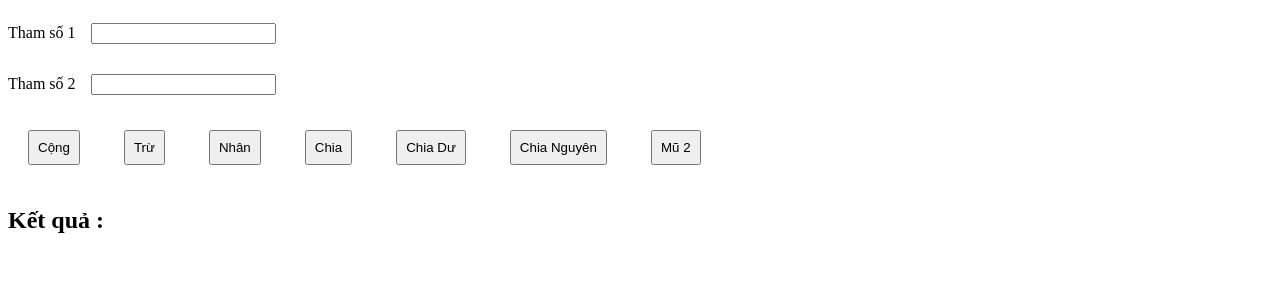
Repository: Toni3498/JsCourse
Page: number/calc.html
The author's editor kept a copy of each file at every save. The page is drawn from the files as they stood at one save, then again after the next save.
The browser window is 1280 px wide. The pictures show the whole page.

Above is the page before, as saved 2021-08-17 19:40:18.

After the next save:
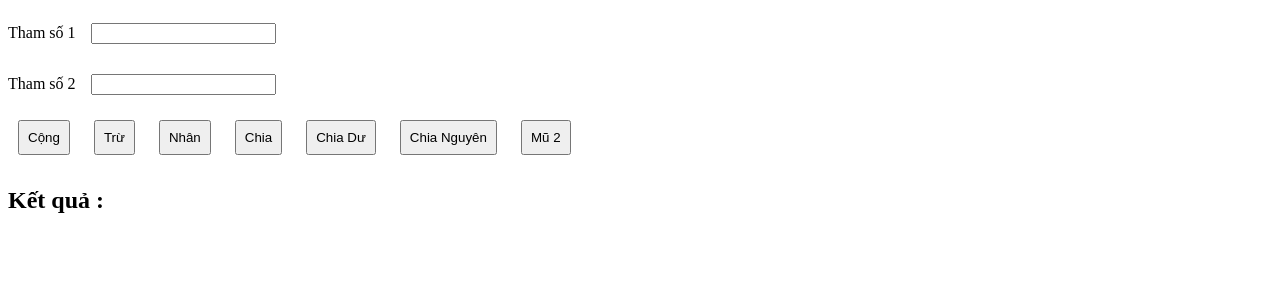
Saved 15 s later.
--- a/number/style.css
+++ b/number/style.css
@@ -2,6 +2,6 @@
   margin: 15px;
 }
 .optionCalc button {
-  margin: 20px;
+  margin: 10px;
   padding: 8px;
 }
